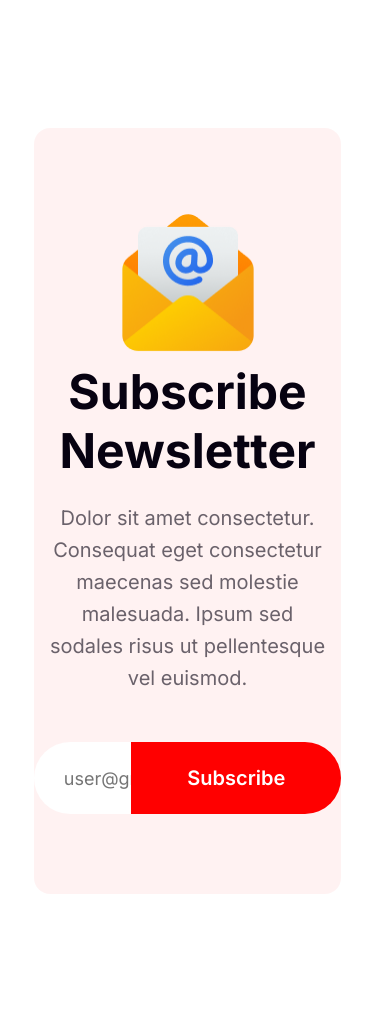
Repository: ShouravAhammed/simple-responsive-new-year
Page: index.html
These files come from the project's save history. The page is drawn as it stood at one moment and after the next save; the edit follows.
The browser window is 375 px wide. The pictures show the whole page.

Above is the page before, as saved 2024-01-11 15:22:22.

After the next save:
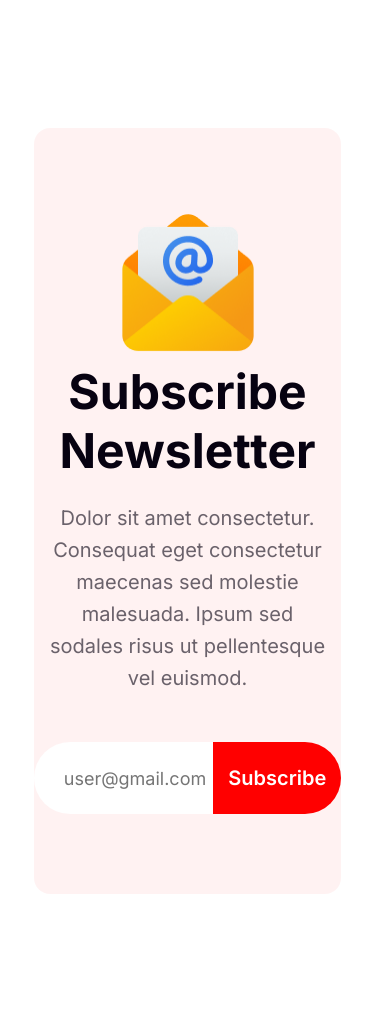
Saved 52 s later.
--- a/Style/style.css
+++ b/Style/style.css
@@ -465,6 +465,6 @@
     .form, .form input {
         width:  100%;
     }
-    .subscribe-btn {
+    .form .subscribe-btn {
         padding: 24px 15px;
 }
